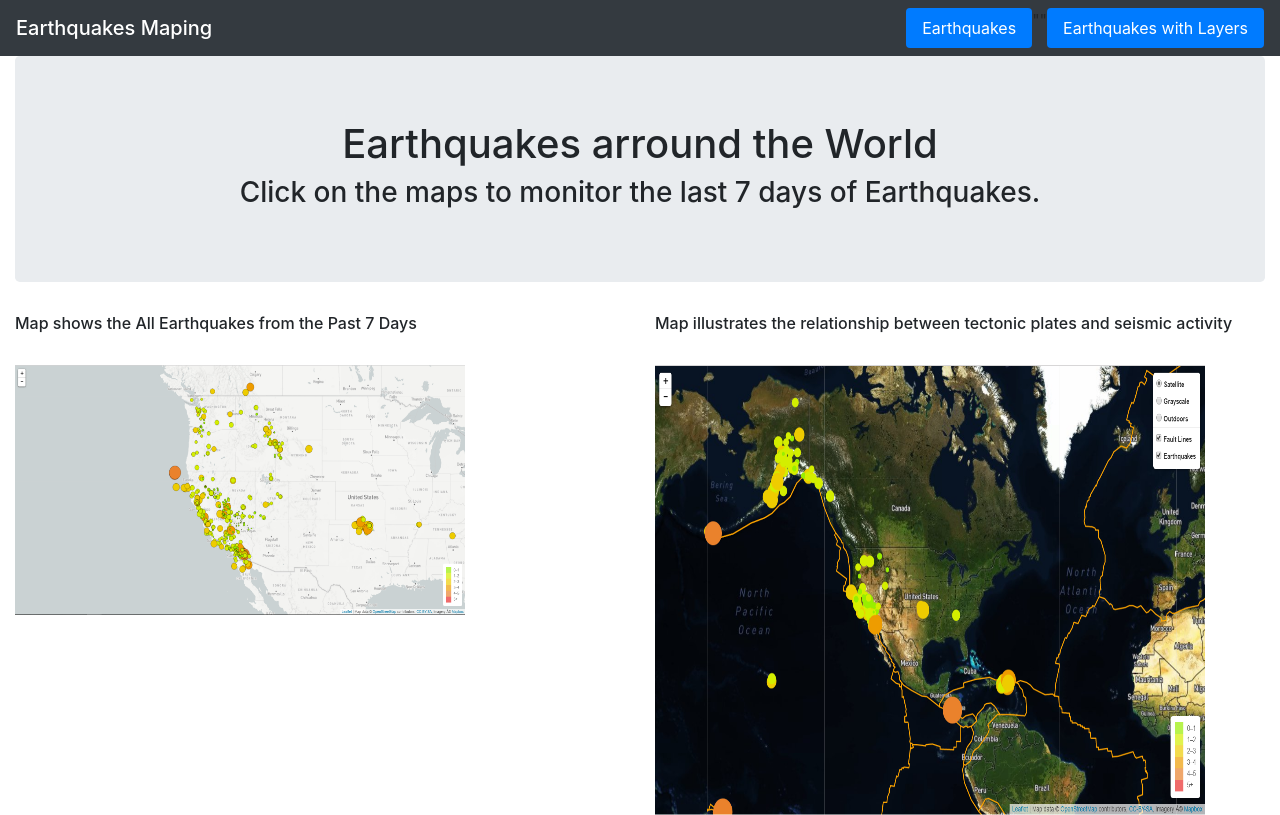
Repository: ermiasgelaye/leaflet-challenge
Page: index.html
An editor plug-in stored every save of this project. The page is shown before and after the next save, followed by the edit.
The browser window is 1280 px wide. The pictures show the whole page.

Above is the page before, as saved 2020-09-18 22:38:06.

### index.html
<!DOCTYPE html>
<html lang="en">

<head>
    <meta charset="UTF-8" />
    <meta name="viewport" content="width=device-width, initial-scale=1.0" />
    <meta http-equiv="X-UA-Compatible" content="ie=edge" />
    <title>Earthquakes Challenge</title>
    <link rel="stylesheet" href="https://stackpath.bootstrapcdn.com/bootstrap/4.3.1/css/bootstrap.min.css" integrity="sha384-ggOyR0iXCbMQv3Xipma34MD+dH/1fQ784/j6cY/iJTQUOhcWr7x9JvoRxT2MZw1T" crossorigin="anonymous" />

    <!-- jQuery library -->
    <script src="https://ajax.googleapis.com/ajax/libs/jquery/3.4.1/jquery.min.js"></script>
    <link rel="stylesheet" type="text/css" href="static/css/style.css" />
    <!-- Latest compiled JavaScript -->
    <script src="https://maxcdn.bootstrapcdn.com/bootstrap/4.3.1/js/bootstrap.min.js"></script>
</head>

<body>
    <nav class="navbar navbar-dark bg-dark size_hide">
        <a href="index.html"><span class="navbar-brand mb-0 h1 back_color"
          >Earthquakes Maping</span
        ></a
      >

      <ul class="nav nav-pills">
        <li class="nav-item">
          <a class="nav-link active" href="Leaflet-Step-1/step-1.html"
            >Earthquakes</a>
        </li>
        <a>""</a>
        <li class="nav-item">
          <a class="nav-link active" href="Leaflet-Step-2/step-2.html"
            >Earthquakes with Layers</a
          >
        </li>
      </ul>
    </nav>
    <div  class="container-fluid">
      <div class="jumbotron text-center">

        <h1>Earthquakes arround the World</h1>
        <h3>
          Click on the maps to monitor the last 7 days of Earthquakes.
        </h3>
      </div>
      <div class="row">
        <div class="col-lg-6">
          <h6>Map shows the All Earthquakes from the Past 7 Days</h6>
          <br />
          <a href="Leaflet-Step-1/step-1.html"
            ><img
              src="images/2-BasicMap.png"
              alt="Mapping without Layers"
              width="450"
              height="250"
          /></a>
        </div>
        <div class="col-lg-6">
            <h6>
                Map illustrates the relationship between tectonic plates and seismic activity
            </h6>
            <br />
            <a href="Leaflet-Step-2/step-2.html">
                <img src="images/5-Advanced.png" alt="Mapping with Layers" width="550" height="450" /></a>
        </div>
        </div>
        </div>
</body>

</html>

Loaded but not shown: static/css/style.css (common file)

After the next save:
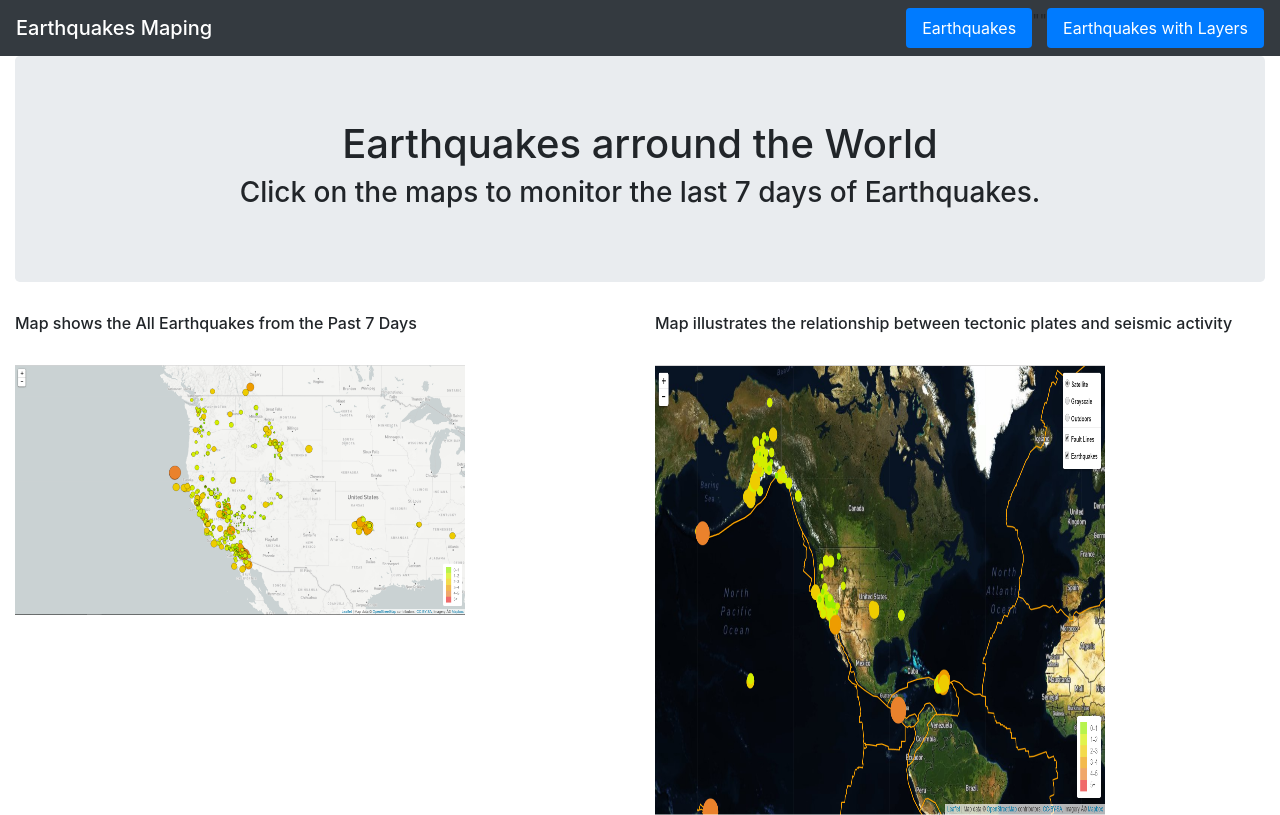
Saved 7 s later.
--- a/index.html
+++ b/index.html
@@ -61,7 +61,7 @@
             </h6>
             <br />
             <a href="Leaflet-Step-2/step-2.html">
-                <img src="images/5-Advanced.png" alt="Mapping with Layers" width="550" height="450" /></a>
+                <img src="images/5-Advanced.png" alt="Mapping with Layers" width="450" height="450" /></a>
         </div>
         </div>
         </div>
